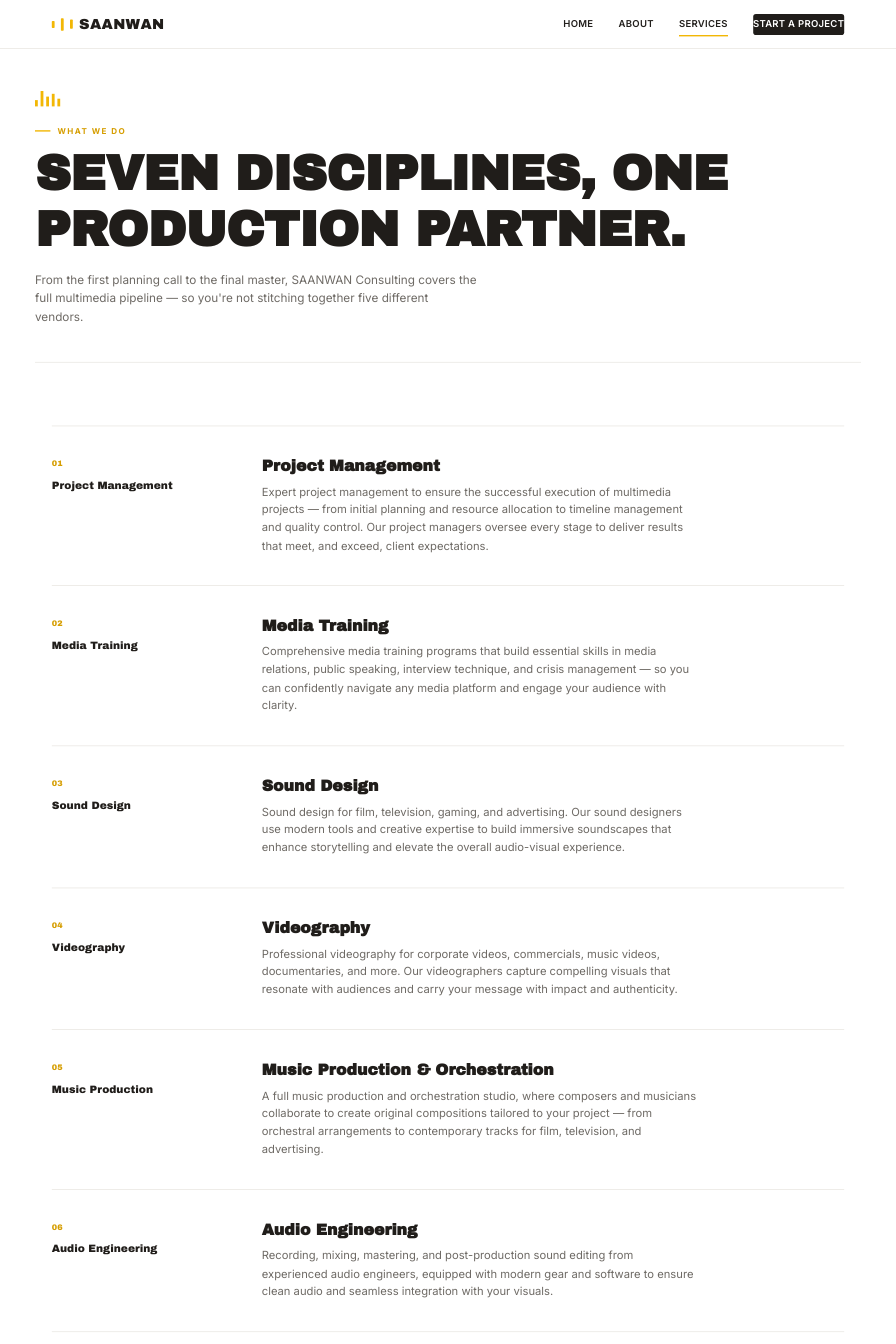
Repository: joshuaonazi/saanwan
Page: services.html
These files come from the project's save history. The page is drawn as it stood at one moment and after the next save; the edit follows.
The browser window is 1280 px wide. The pictures show the part of the page from y = 0 to 1920 px (the page is 3311 px tall), at 70% of full size.

Above is the page before, as saved 2026-07-07 15:37:12.

After the next save:
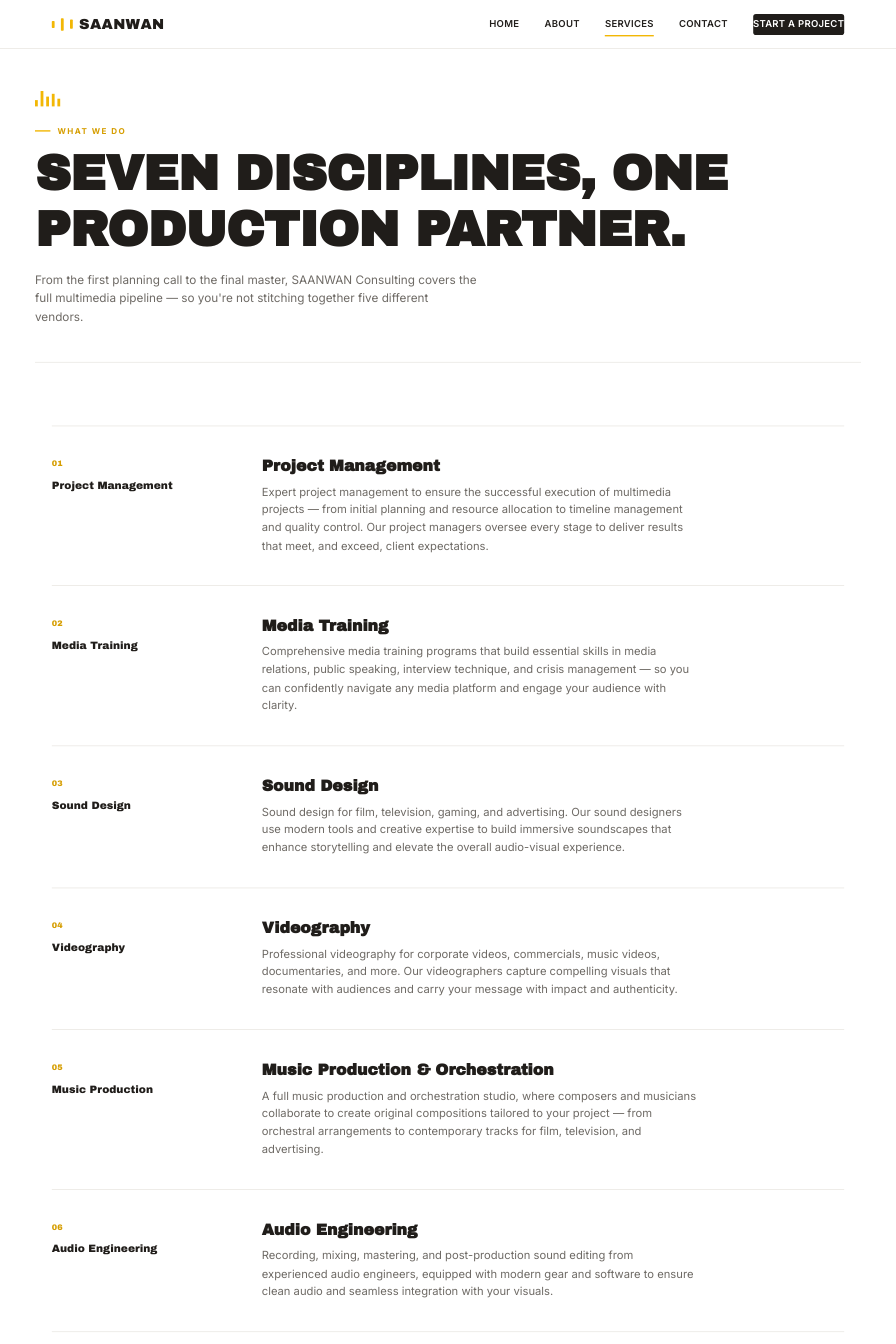
Saved 26 s later.
--- a/services.html
+++ b/services.html
@@ -25,8 +25,8 @@
       <a href="index.html">Home</a>
       <a href="about.html">About</a>
       <a href="services.html" aria-current="page">Services</a>
-      <a href="contact.html" class="nav-cta">Start a Project</a>
-    </div>
+      <a href="contact.html">Contact</a>
+      <a href="contact.html" class="nav-cta">Start a Project</a>    </div>
   </nav>
 </header>
 
